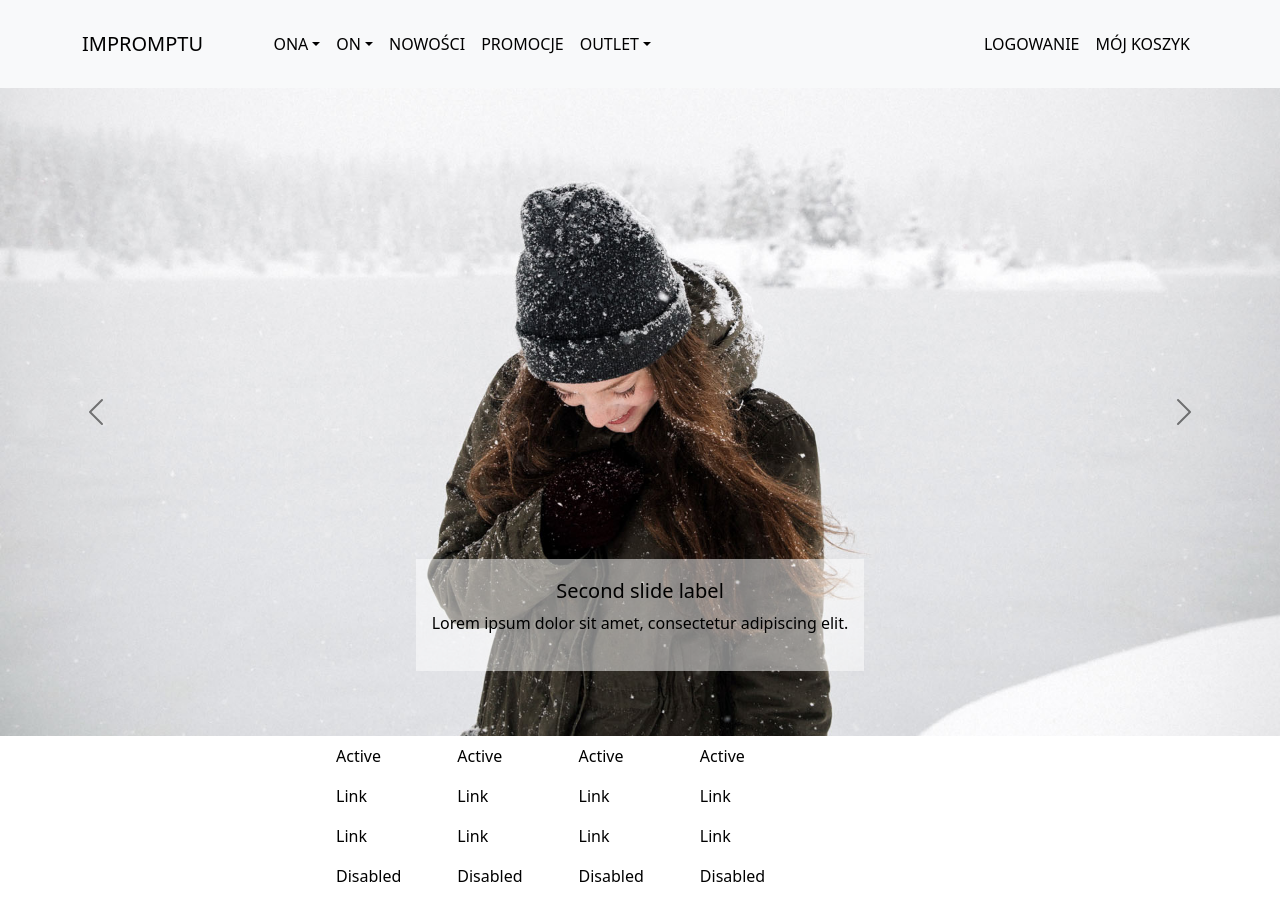
Repository: michalgornicki/Impromptu
Page: /
These files come from the project's save history. The page is drawn as it stood at one moment and after the next save; the edit follows.
The browser window is 1280 px wide. The pictures show the whole page.
The project was rebuilt for these pictures with package versions that can differ from the ones it lists, and the page was loaded fresh each time.

Above is the page before, as saved 2021-12-23 13:35:01.

After the next save:
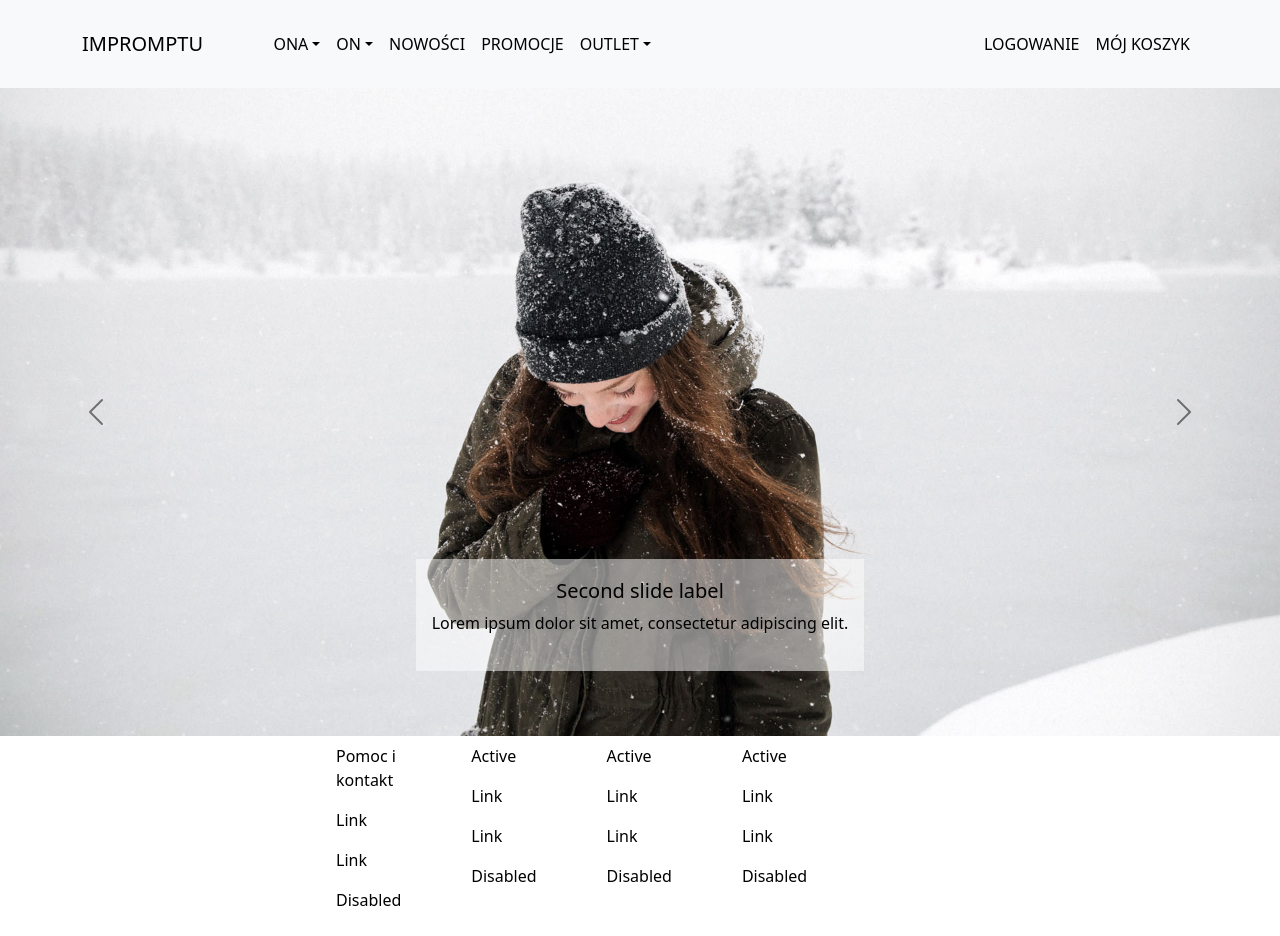
Saved 15 s later.
--- a/src/App.jsx
+++ b/src/App.jsx
@@ -162,7 +162,7 @@ function App() {
   <Row>
   <Col>
   <div>
-    <Nav.Link href="/home">Active</Nav.Link>
+    <Nav.Link href="/home">Pomoc i kontakt</Nav.Link>
   </div>
   <Nav.Item>
     <Nav.Link eventKey="link-1">Link</Nav.Link>
